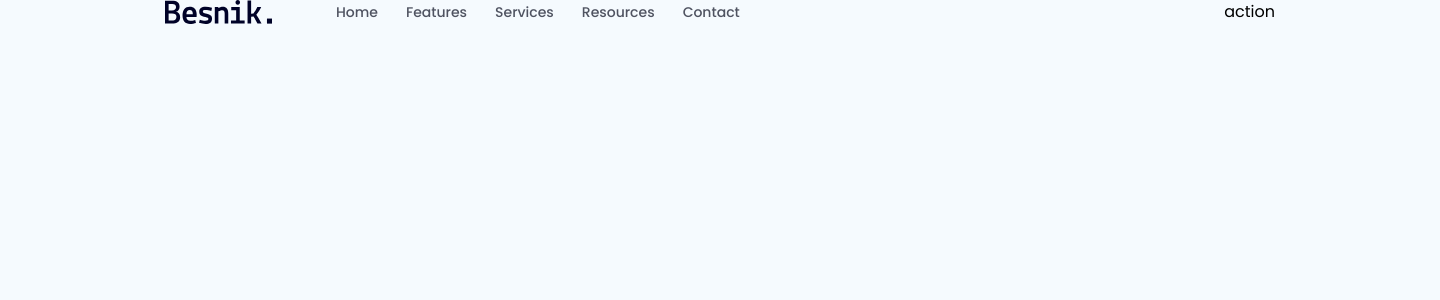
Repository: Tctiensk/f8-htmlcss-01
Page: index.html
The author's editor kept a copy of each file at every save. The page is drawn from the files as they stood at one save, then again after the next save.
The browser window is 1280 px wide. The page is 1440 px wide, so the pictures cover 1440 px, including what lies to the right of the window. The pictures show the whole page.

Above is the page before, as saved 2022-11-29 13:45:31.

After the next save:
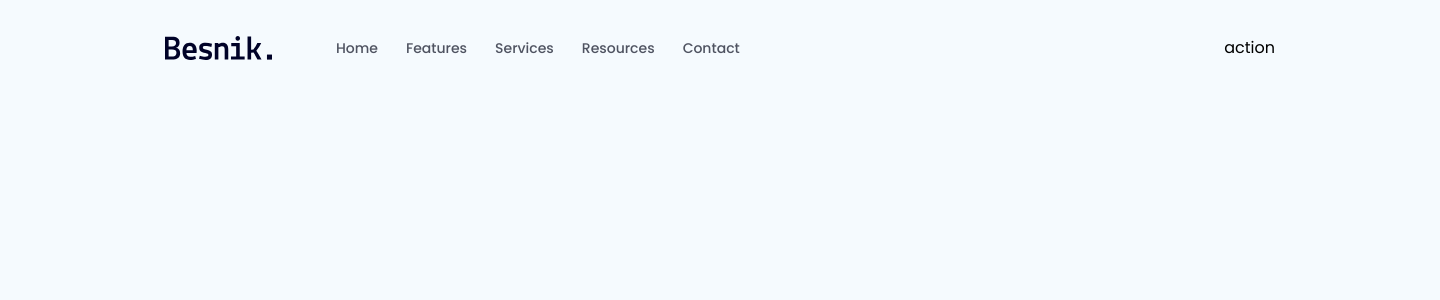
Saved 8 s later.
--- a/assets/css/style.css
+++ b/assets/css/style.css
@@ -27,7 +27,7 @@
 .navbar {
     display: flex;
     align-items: center;
-    /* margin-top: 38px; */
+    padding-top: 36px;
 }
 .navbar ul {
     display: flex;
